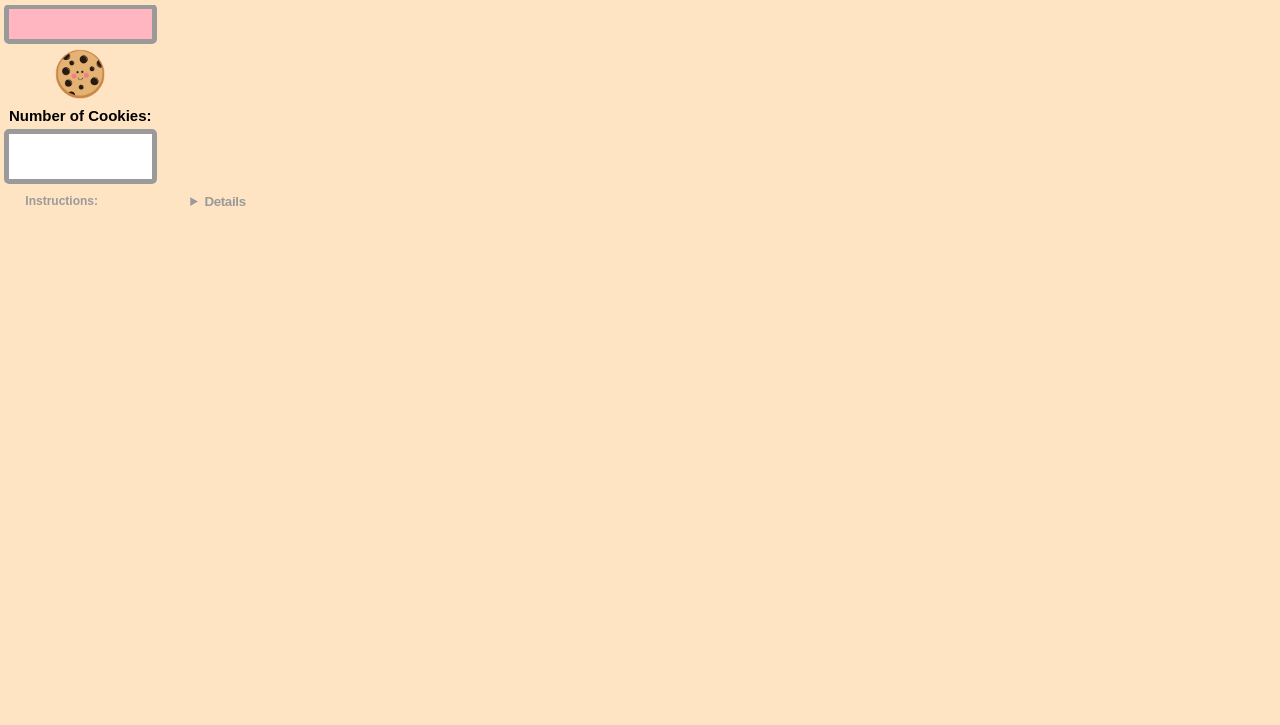
Repository: f00d4tehg0dz/elgato-streamdeck-cookie-clicker
Page: com.f00d4tehg0dz.cookieclicker.sdPlugin/cookieclicker.html
An editor plug-in stored every save of this project. The page is shown before and after the next save, followed by the edit.
The browser window is 1280 px wide. The pictures show the whole page.

Above is the page before, as saved 2022-01-28 12:15:08.

### com.f00d4tehg0dz.cookieclicker.sdPlugin/cookieclicker.html
<!DOCTYPE html>
<html>

<head>
    <meta charset="utf-8"/>
    <title>com.f00d4tehg0dz.cookieclicker</title>
    <link rel="stylesheet" href="css/sdpi.css">
    <link rel="stylesheet" href="css/styles.css">
    <script src="js/jquery-3.3.1.js"></script>
    <script src="js/common.js"></script>

</head>

<body>
<div class="sdpi-wrapper">
    <div class="sdpi-item">
        <span>
            <div id="cookieTitle"></div>
            <div id="cookie" onclick="updateButton()">
                <img src="icon-animate.gif" width="50px"/>
            </div>
            <h2>Number of Cookies:</h2>
            <div id="cookieNumbers"></div>
        </span>
    </div>
    <div class="sdpi-item">
        <div class="sdpi-item-label">Instructions</div>
        <details class="sdpi-item-value">
            <p>Click the cookie to make more cookies<br>
            Cookie Title upgrades as you reach cookie clicker milestones <br></p>
            <p>You can learn more about this plugin by visiting its Github
                page by <a
                        href="#"
                        onclick="openGithub()">clicking here.</a>
        </details>
    </div>
</div>

<script>
    let uuid = "",
        actionName = "";

    if ($SD) {
        $SD.on('connected', function (jsonObj) {
            uuid = jsonObj['uuid'];
            if (jsonObj.hasOwnProperty('actionInfo')) {
                actionName = jsonObj.actionInfo.action;
            }
            let settings = $SD.actionInfo.payload.settings;
        });
    }

    $(document).ready(function () {

        $("#updateButton").click(function () {
            // Sending the saved settings to the plugin from property inspector.

            if ($SD && $SD.connection) {
                let payload = {};
                payload.updateClick = updateClick;

                $SD.api.sendToPlugin(uuid, actionName, payload);
            }
        });
        function openGithub() {
            $SD.api.openUrl($SD.actionInfo.context, "https://github.com/f00d4tehg0dz/Doge-Coin-Plugin-for-Eglato-Streamdeck")
    }
    });

</script>

</body>

</html>

### com.f00d4tehg0dz.cookieclicker.sdPlugin/css/styles.css
body {
  padding-top: 5px;
  font-family: Arial;
  background-color: bisque;
  margin: auto;
  text-align: center;
  display: block;
}

p {
  display: block;
  font-size: 10px;
  color: black;
  display: block;
  margin: 5px;
}

h2 {
  display: block;
  font-size: 15px;
  color: black;
  display: block;
  margin: 5px;
}

br {   content: "A" !important;
    display: block !important;
    margin-bottom: 1.5em !important;
}

#cookieNumbers {
  display: block;
  margin: auto;
  text-align:center;
  padding-top: 20px;
  margin-bottom: 5px;
  font-size: 10px;
  border:5px solid;
  border-radius:5px;
  background-color:white;
  height:25px;
}

#cookieTitle {
  display: block;
  margin: auto;
  text-align:center;
  padding-top: 5px;
  margin-bottom: 5px;
  font-size: 10px;
  border:5px solid;
  border-radius:5px;
  background-color:lightpink;
  height:25px;
}

Loaded but not shown: com.f00d4tehg0dz.cookieclicker.sdPlugin/js/jquery-3.3.1.js (library); com.f00d4tehg0dz.cookieclicker.sdPlugin/js/common.js (1200 lines, source omitted); com.f00d4tehg0dz.cookieclicker.sdPlugin/css/sdpi.css (1482 lines, source omitted)

After the next save:
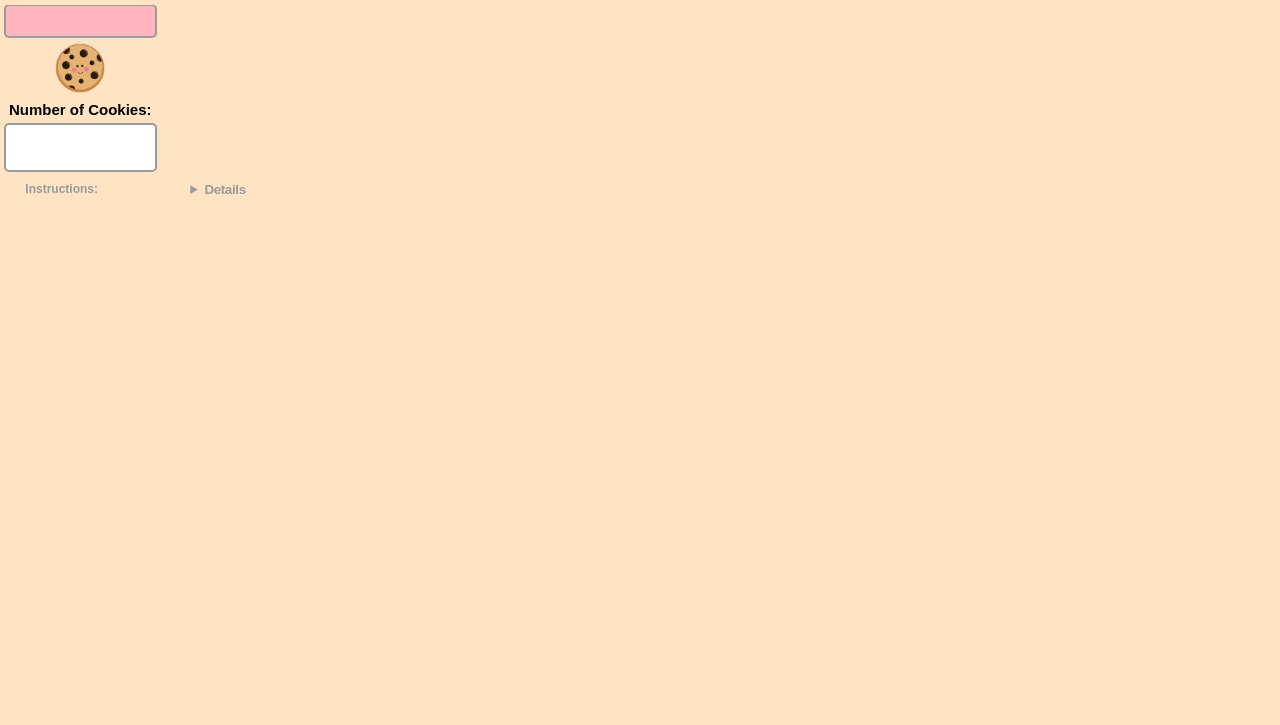
Saved 17 s later.
--- a/com.f00d4tehg0dz.cookieclicker.sdPlugin/css/styles.css
+++ b/com.f00d4tehg0dz.cookieclicker.sdPlugin/css/styles.css
@@ -35,7 +35,7 @@ br {   content: "A" !important;
   padding-top: 20px;
   margin-bottom: 5px;
   font-size: 10px;
-  border:5px solid;
+  border:2px solid;
   border-radius:5px;
   background-color:white;
   height:25px;
@@ -48,7 +48,7 @@ br {   content: "A" !important;
   padding-top: 5px;
   margin-bottom: 5px;
   font-size: 10px;
-  border:5px solid;
+  border:2px solid;
   border-radius:5px;
   background-color:lightpink;
   height:25px;
